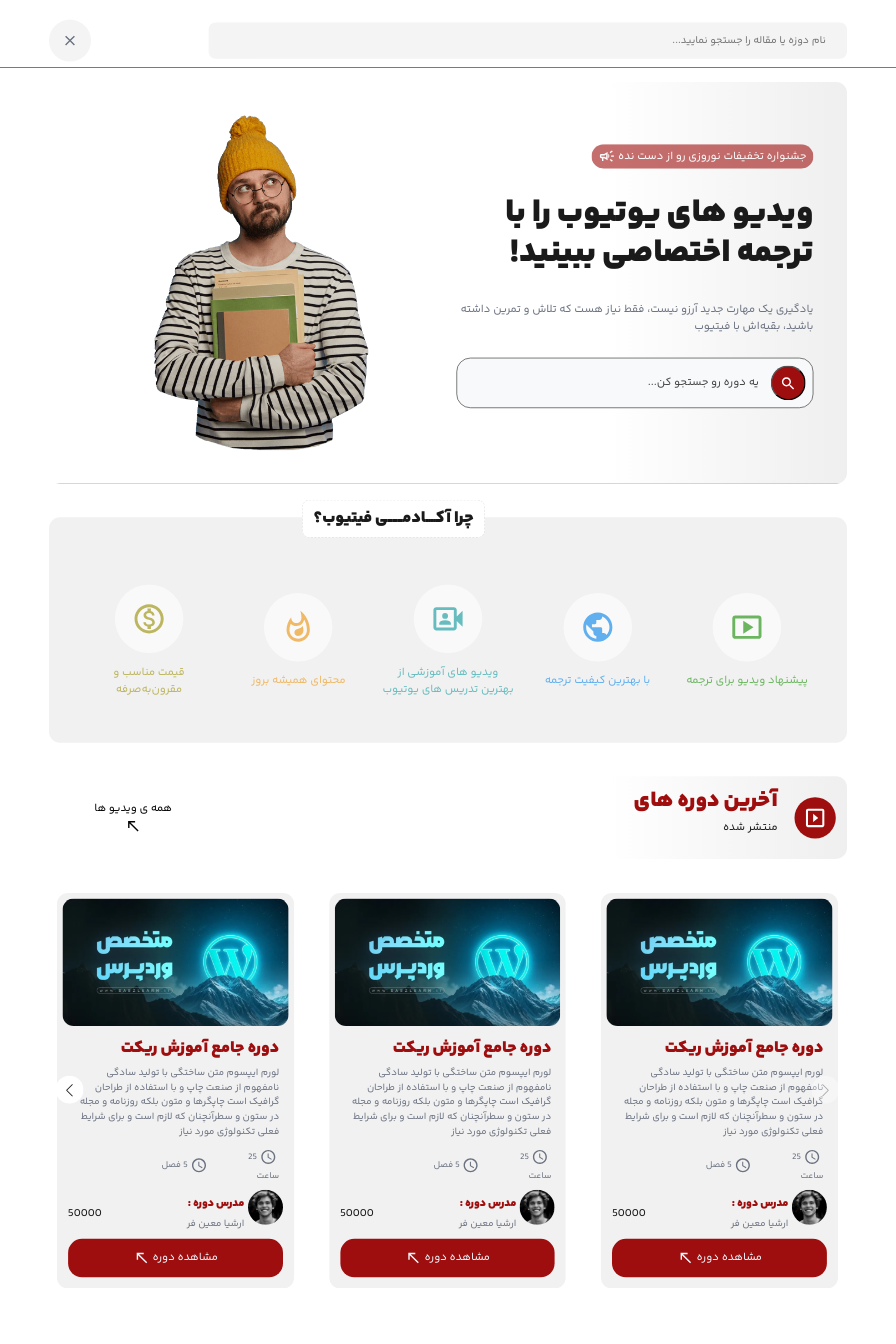
Repository: arshiamoeinfar/fitube
Page: /, after clicking the first element matching `div.utility-bar > :nth-child(2)`
These files come from the project's save history. The page is drawn as it stood at one moment and after a run of saves; the edit follows.
The browser window is 1280 px wide. The pictures show the part of the page from y = 0 to 1920 px (the page is 2921 px tall before and 2911 px after), at 70% of full size.
The project was rebuilt for these pictures with package versions that can differ from the ones it lists, and the page was loaded fresh each time. Also part of the build but not shown: src/components/LandingCounter/LandingCounter.css, src/components/LandingCounter/LandingCounter.js, src/components/BoxHeader/BoxHeader.jsx, src/components/Category/Category.jsx, src/components/CartPermium/CartPremium.jsx, src/components/BuyPremium/BuyPremium.jsx, src/pages/Login/Login.js, src/components/MovieHeader/VideoPlayer.css and 2 more. Imported but missing from the stored project, and not drawn on this page: src/assets/videos/video5972191431412946595.mp4.

Above is the page before, as saved 2025-04-04 12:08:05.

After the next 2 saves:
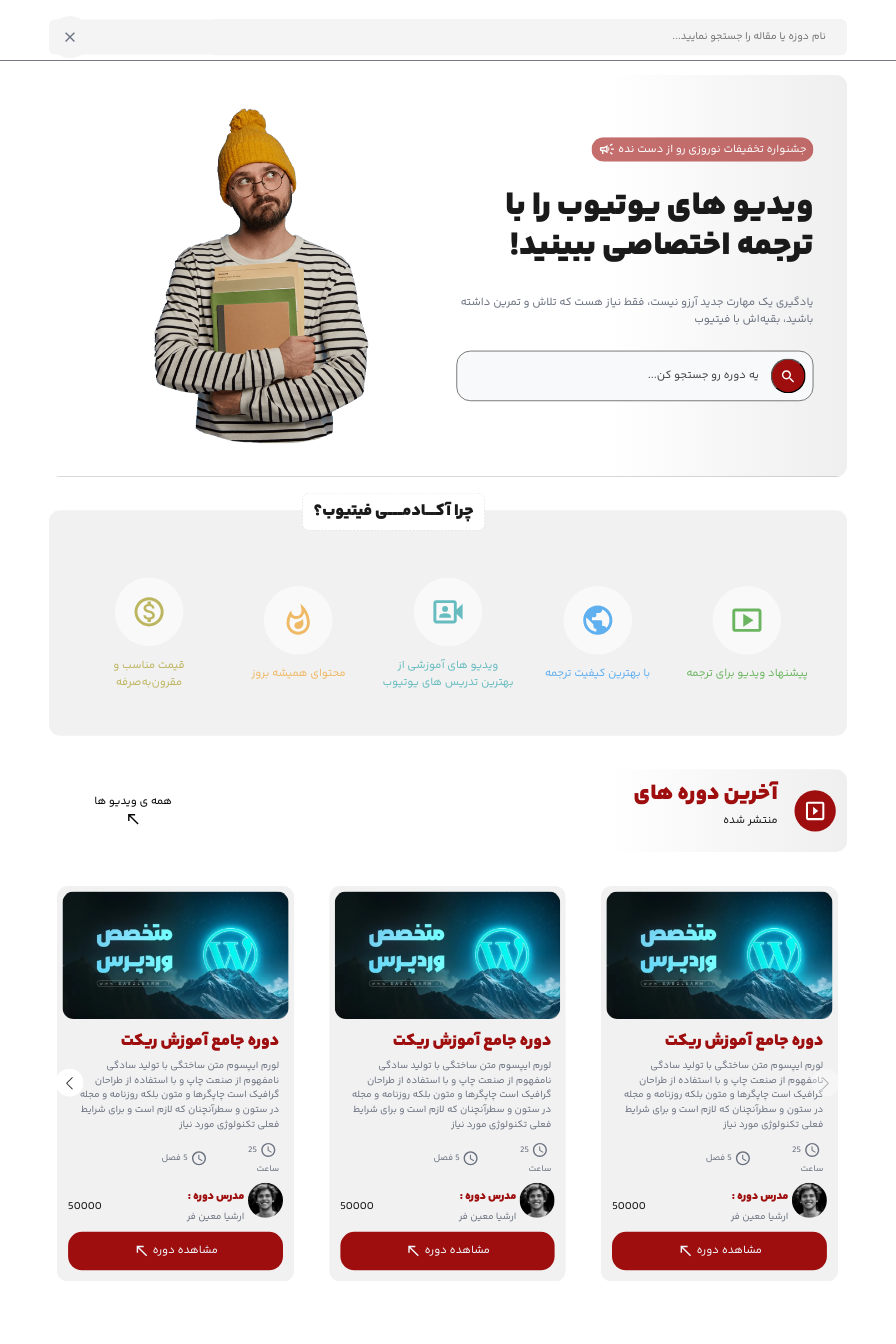
The 2 saves are shown as one change because they came seconds apart.
The last was saved 7 s later.
--- a/src/components/Navbar/Navbar.css
+++ b/src/components/Navbar/Navbar.css
@@ -14,7 +14,14 @@
 width: 80%;
 }
 .search-box{
-  animation: alternate 0.5s ease-in-out infinite;
+  width: 100%;
+  height: 50px;
+  background-color: var(--bg-utility-navbar);
+  border-radius: 0.5rem;
+  display: flex;
+  align-items: center;
+  justify-content: space-between;
+  padding: 0.5rem;
 }
 .logo-navbar {
   width: 90px;

After the 4 saves that followed:
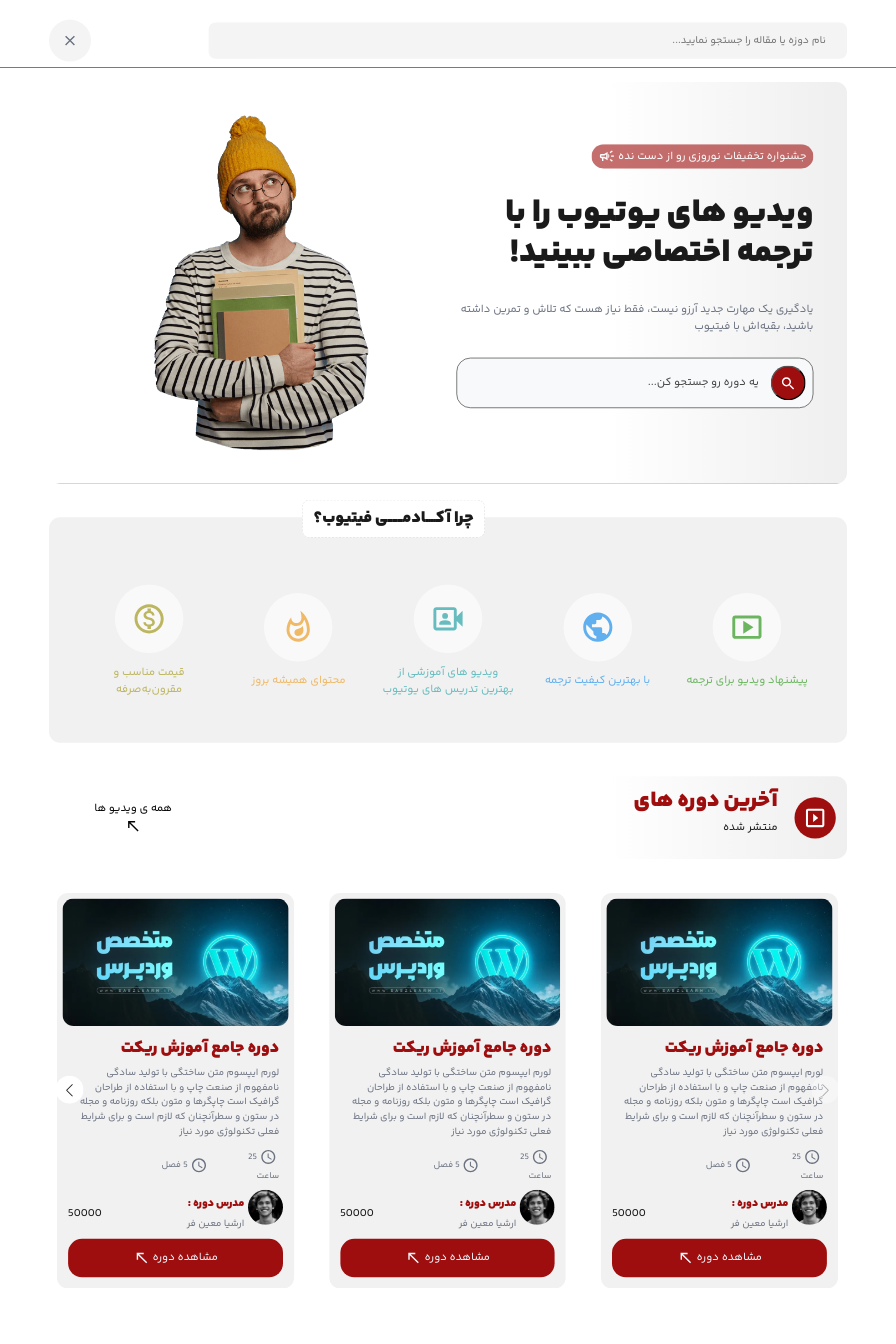
The 4 saves are shown as one change because they came seconds apart.
The last was saved 16 s later.
--- a/src/components/Navbar/Navbar.css
+++ b/src/components/Navbar/Navbar.css
@@ -14,14 +14,9 @@
 width: 80%;
 }
 .search-box{
-  width: 100%;
-  height: 50px;
-  background-color: var(--bg-utility-navbar);
-  border-radius: 0.5rem;
-  display: flex;
-  align-items: center;
-  justify-content: space-between;
-  padding: 0.5rem;
+
+  position: relative;
+  top: 0;
 }
 .logo-navbar {
   width: 90px;
